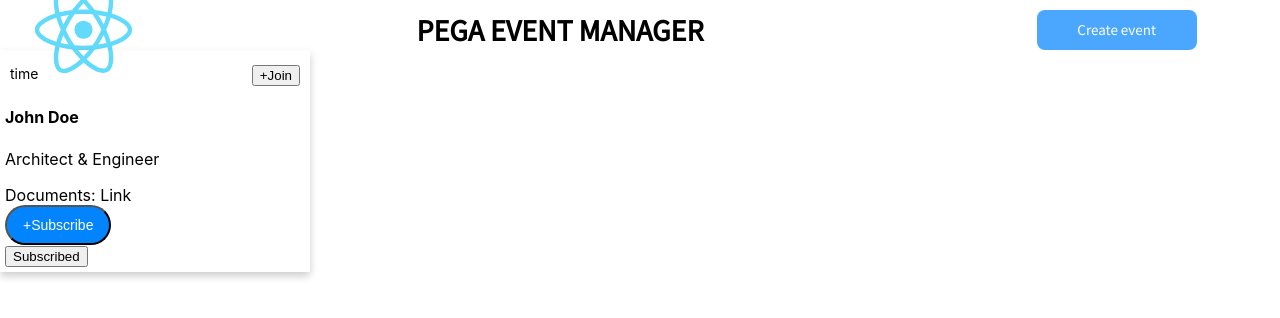
Repository: SasiVeeramachaneni/eventmanager
Page: /
An editor plug-in stored every save of this project. The page is shown before and after the next save, followed by the edit.
The browser window is 1280 px wide. The pictures show the whole page.
The project was rebuilt for these pictures with package versions that can differ from the ones it lists, and the page was loaded fresh each time.

Above is the page before, as saved 2020-08-19 14:28:03.

After the next save:
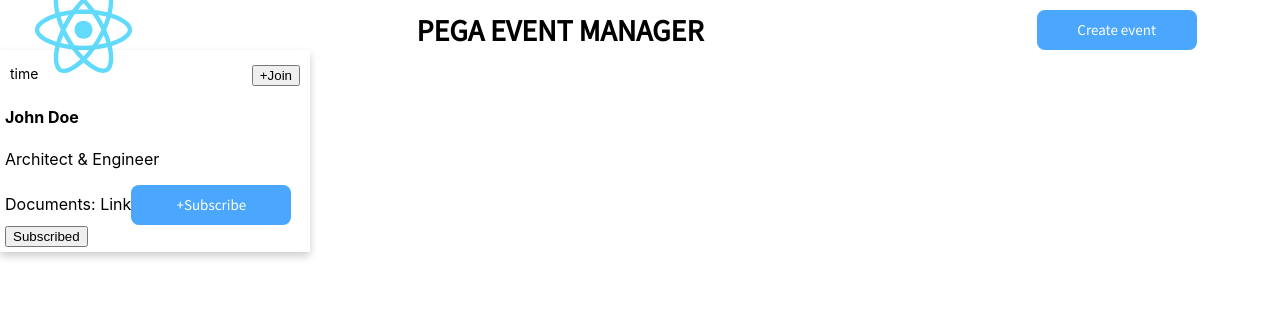
Saved 24 s later.
--- a/src/Card.css
+++ b/src/Card.css
@@ -28,17 +28,18 @@
   }
 
   .subscribe {
-      margin-right: 1rem;
-      flex: 1;
-      border-radius: 1000rem;
-      font-size: 14px;
-      background: #0284FE;
-      color: #FFF;
-      height: 2.5rem;
-      position: relative;
-      padding-right: 1rem;
-      padding-left:1rem;
-      align-items: center;
-      display: flex;
+    width: 10rem;
+    color: #FFF;
+    background: #4BA7FE;
+    border-radius: 8px;
+    font-size: 15px;
+    line-height: 24px;
+    height: 2.5rem;
+    position: relative;
+    align-items: center;
+    box-sizing: border-box;
+    transition: all 0.4s ease-in-out;
+    border: none;
+    font-family: SourceSansPro;
 
   }
